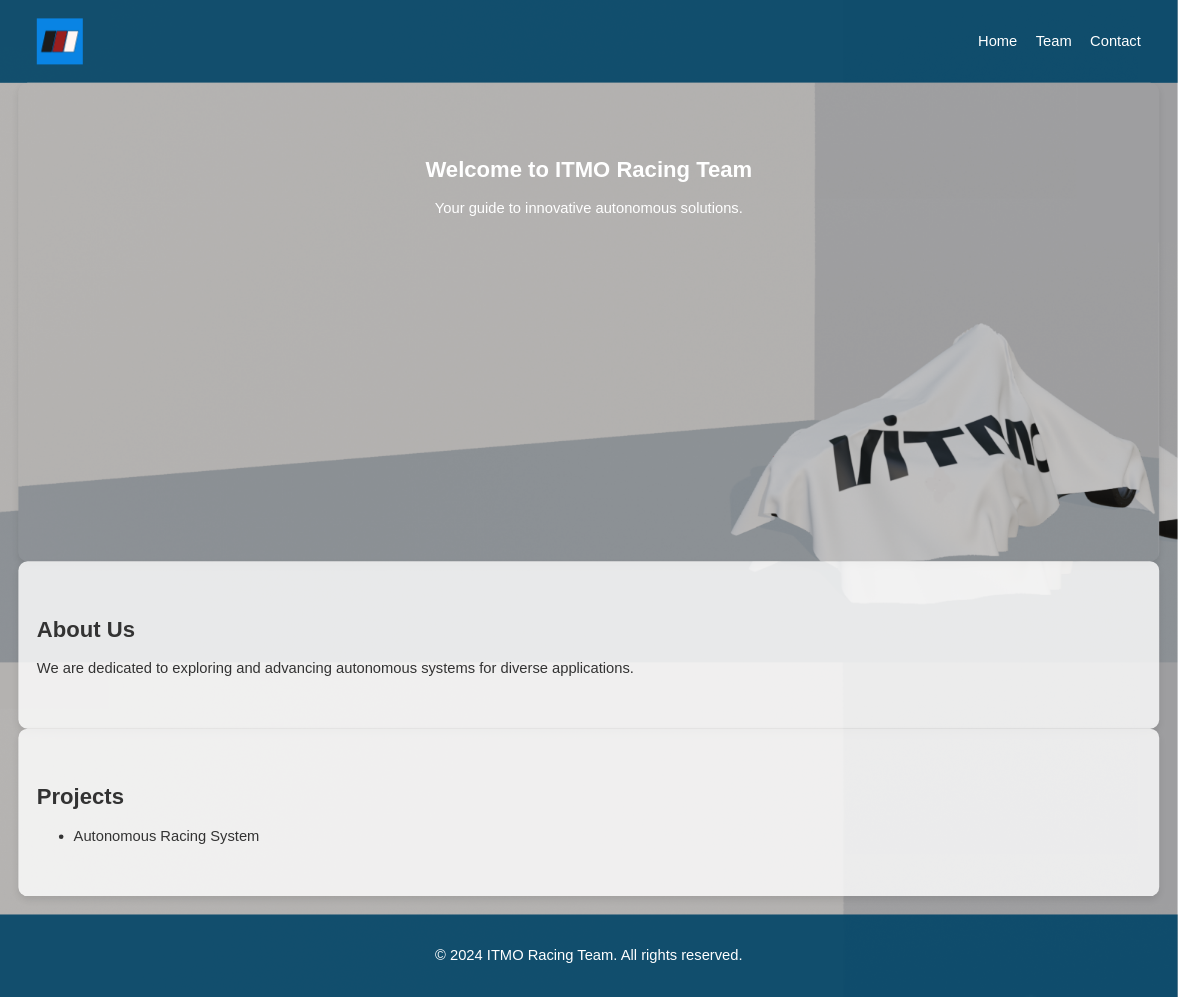
Repository: fs-itmo/fs-itmo.github.io
Page: index.html
These files come from the project's save history. The page is drawn as it stood at one moment and after the next save; the edit follows.
The browser window is 1280 px wide. The pictures show the whole page, at 92% of full size.
Backgrounds fixed to the window are drawn as part of the page.

Above is the page before, as saved 2024-12-30 14:05:00.

### index.html
<!DOCTYPE html>
<html lang="en">
<head>
    <meta charset="UTF-8">
    <meta name="viewport" content="width=device-width, initial-scale=1.0">
    <title>Autonomous Systems</title>
    <link rel="stylesheet" href="css/style.css">
</head>
<body>
    <header>
        <div class="container">
            <img src="assets/images/logo.png" alt="Logo" class="logo">
            <nav>
                <ul>
                    <li><a href="#home">Home</a></li>
                    <!-- <li><a href="#about">About</a></li> -->
                    <li><a href="./_pages/team.html">Team</a></li>
                    <!-- <li><a href="#projects">Projects</a></li> -->
                    <li><a href="#contact">Contact</a></li>
                </ul>
            </nav>
        </div>
    </header>

    <section id="home">
        <h1>Welcome to ITMO Racing Team</h1>
        <p>Your guide to innovative autonomous solutions.</p>
    </section>

    <section id="about">
        <h2>About Us</h2>
        <p>We are dedicated to exploring and advancing autonomous systems for diverse applications.</p>
    </section>

    <section id="projects">
        <h2>Projects</h2>
        <ul>
            <li>Autonomous Racing System</li>
            <!-- <li>Swarm Robotics</li>
            <li>AI-Driven Drones</li> -->
        </ul>
    </section>

    <!-- <section id="contact">
        <h2>Contact Us</h2>
        <p>Email: <a href="mailto:contact@autonomous-systems.com">contact@autonomous-systems.com</a></p>
    </section> -->

    <footer>
        <p>&copy; 2024 ITMO Racing Team. All rights reserved.</p>
    </footer>
</body>
</html>

### css/style.css
body {
    font-family: Arial, sans-serif;
    margin: 0;
    padding: 0;
    color: #333;
    background: url('assets/images/title.png') no-repeat center center fixed;
    background-size: cover;
}

header {
    background-color: rgba(0, 68, 102, 0.9);
    padding: 20px 0;
}

header .container {
    display: flex;
    justify-content: space-between;
    align-items: center;
    max-width: 1200px;
    margin: 0 auto;
    padding: 0 20px;
}

header .logo {
    max-height: 50px;
}

header nav ul {
    list-style: none;
    display: flex;
    margin: 0;
    padding: 0;
}

header nav ul li {
    margin-left: 20px;
}

header nav ul li a {
    text-decoration: none;
    color: white;
    font-size: 16px;
}

section {
    padding: 40px 20px;
    max-width: 1200px;
    margin: 0 auto;
    background: rgba(255, 255, 255, 0.8);
    border-radius: 10px;
    box-shadow: 0 4px 8px rgba(0, 0, 0, 0.1);
}

/* section#home {
    background: rgba(244, 244, 244, 0.9);
    text-align: center;
    padding: 60px 20px;
    border-radius: 10px;
} */

section#home {
    background: url("../assets/images/title.png") no-repeat center center/cover;
    color: white; /* Текст белого цвета для контраста */
    text-align: center;
    padding: 60px 20px;
    min-height: 400px; /* Устанавливаем минимальную высоту секции */
}

footer {
    background-color: rgba(0, 68, 102, 0.9);
    color: white;
    text-align: center;
    padding: 20px 0;
    margin-top: 20px;
}

After the next save:
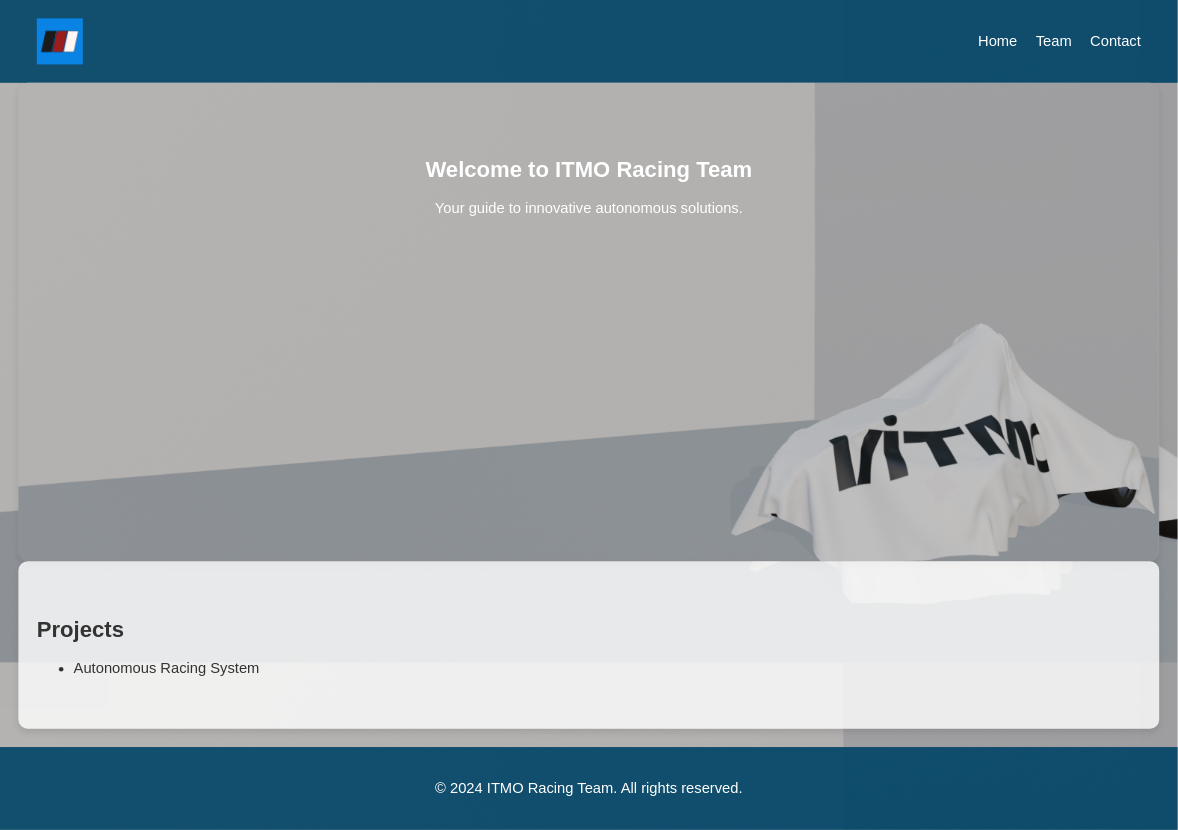
Saved 4 s later.
--- a/index.html
+++ b/index.html
@@ -27,10 +27,10 @@
         <p>Your guide to innovative autonomous solutions.</p>
     </section>
 
-    <section id="about">
+    <!-- <section id="about">
         <h2>About Us</h2>
         <p>We are dedicated to exploring and advancing autonomous systems for diverse applications.</p>
-    </section>
+    </section> -->
 
     <section id="projects">
         <h2>Projects</h2>
